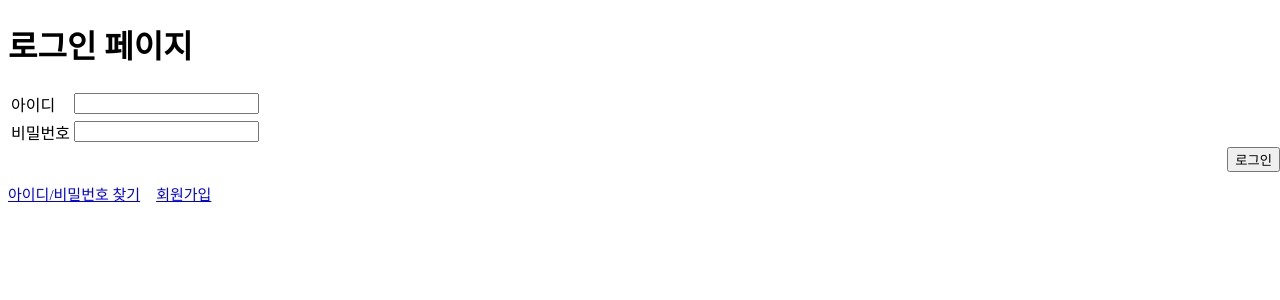
Repository: ksccmp/notice-board
Page: http://localhost/board/login.jsp
An editor plug-in stored every save of this project. The page is shown before and after a run of saves, followed by the edit.
The browser window is 1280 px wide. The pictures show the whole page.
The page is served by Tomcat 9. Nobody is signed in. The application's start-up code is not run. Other server files are loaded and not shown.

Above is the page before, as saved 2019-09-18 13:34:37.

### board/src/main/webapp/login.jsp
<%@ page language="java" contentType="text/html; charset=UTF-8"
    pageEncoding="UTF-8"%>
<!DOCTYPE html PUBLIC "-//W3C//DTD HTML 4.01 Transitional//EN" "http://www.w3.org/TR/html4/loose.dtd">
<html>
<head>
<meta http-equiv="Content-Type" content="text/html; charset=UTF-8">
<title>LoginPage</title>
</head>
<style>
	#hreffont {
		font-size: 15px;
	}

	#divposition {
		margin: auto;
	}

	#submitposition {
		position: absolute;
		right: 0px;
	}
</style>
<body>
	<h1>로그인 페이지</h1>
	<form method="post" action="">
		<div id="divposition">
			<table>
				<tr>
					<td>아이디</td>
					<td><input type="text" id="id" name="id"></td>
				</tr>

				<tr>
					<td>비밀번호</td>
					<td><input type="password" id="password" name="password"></td>
				</tr>
			</table>
			<input type="submit" value="로그인" id="submitposition">
		</div>
	</form>

	<br><br>
	<a href="#" id="hreffont">아이디/비밀번호 찾기</a> &nbsp;&nbsp;
	<a href="#" id="hreffont">회원가입</a>
</body>
</html>

After the next 2 saves:
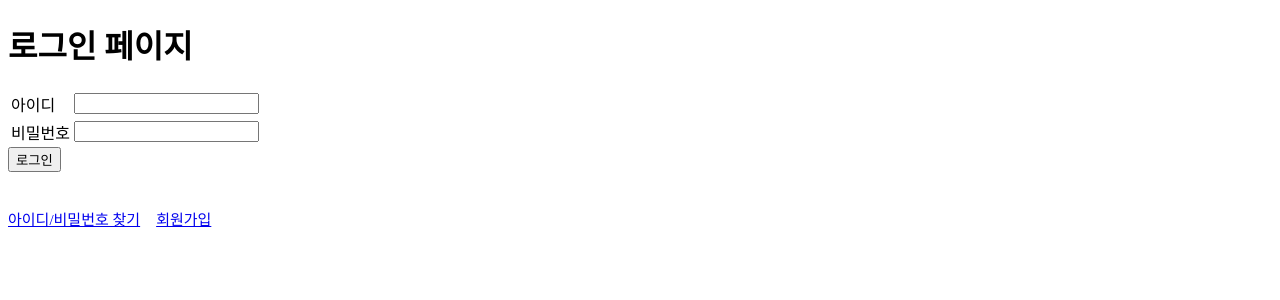
The 2 saves are shown as one change because they came seconds apart.
The last was saved 14 s later.
--- a/board/src/main/webapp/login.jsp
+++ b/board/src/main/webapp/login.jsp
@@ -13,11 +13,6 @@
 
 	#divposition {
 		margin: auto;
-	}
-
-	#submitposition {
-		position: absolute;
-		right: 0px;
 	}
 </style>
 <body>
@@ -35,7 +30,7 @@
 					<td><input type="password" id="password" name="password"></td>
 				</tr>
 			</table>
-			<input type="submit" value="로그인" id="submitposition">
+			<input type="submit" value="로그인">
 		</div>
 	</form>
 
